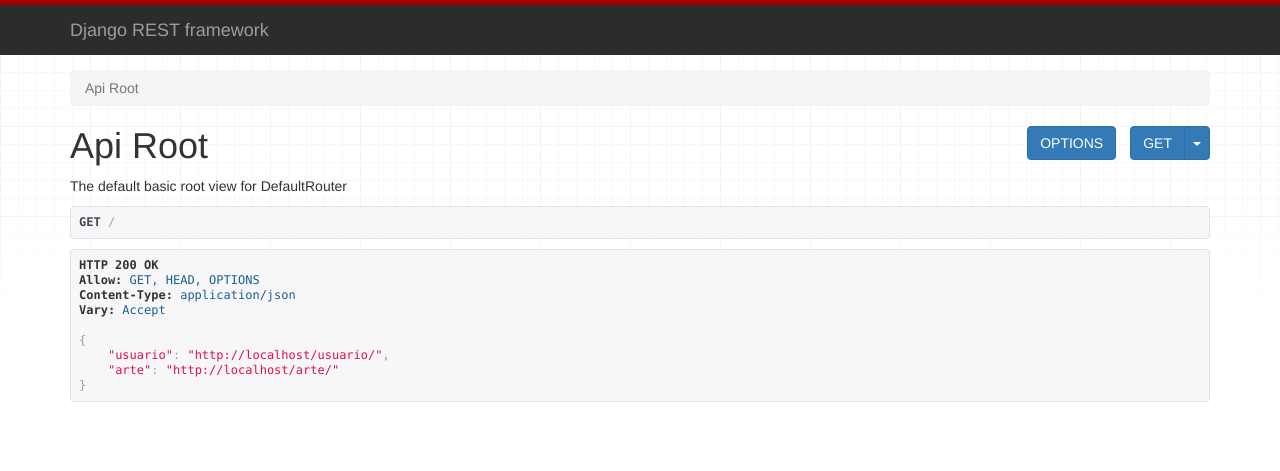
Repository: Eduloco420/django
Page: http://localhost/
The author's editor kept a copy of each file at every save. The page is drawn from the files as they stood at one save, then again after a run of saves.
The browser window is 1280 px wide. The pictures show the whole page.
The page is served by the project's application, run on Django 5.2 (manage.py). Other server files are loaded and not shown.

Above is the page before, as saved 2024-07-16 15:00:41.

### project/urls.py
"""
URL configuration for project project.

The `urlpatterns` list routes URLs to views. For more information please see:
    https://docs.djangoproject.com/en/5.0/topics/http/urls/
Examples:
Function views
    1. Add an import:  from my_app import views
    2. Add a URL to urlpatterns:  path('', views.home, name='home')
Class-based views
    1. Add an import:  from other_app.views import Home
    2. Add a URL to urlpatterns:  path('', Home.as_view(), name='home')
Including another URLconf
    1. Import the include() function: from django.urls import include, path
    2. Add a URL to urlpatterns:  path('blog/', include('blog.urls'))
"""
from django.contrib import admin
from django.urls import path, include, re_path
from app import views

urlpatterns = [
    path('admin/', admin.site.urls),
    re_path('login', views.login),
    re_path('register', views.register),
    re_path('profile', views.profile),
    re_path('post_arte', views.post_arte),
    path('get_arte/<int:artista_id>/', views.get_arte),
    path('delete_arte/<int:arte_id>/', views.delete_arte),
    path('update_arte/<int:arte_id>/', views.update_arte),
    path('', include('app.urls'))
]

### app/urls.py
from rest_framework import routers
from .api import *

router = routers.DefaultRouter()

router.register('usuario', usuarioViewSet, 'usuario')
router.register('arte', arteViewSet, 'arte')

urlpatterns = router.urls

After the next 2 saves:
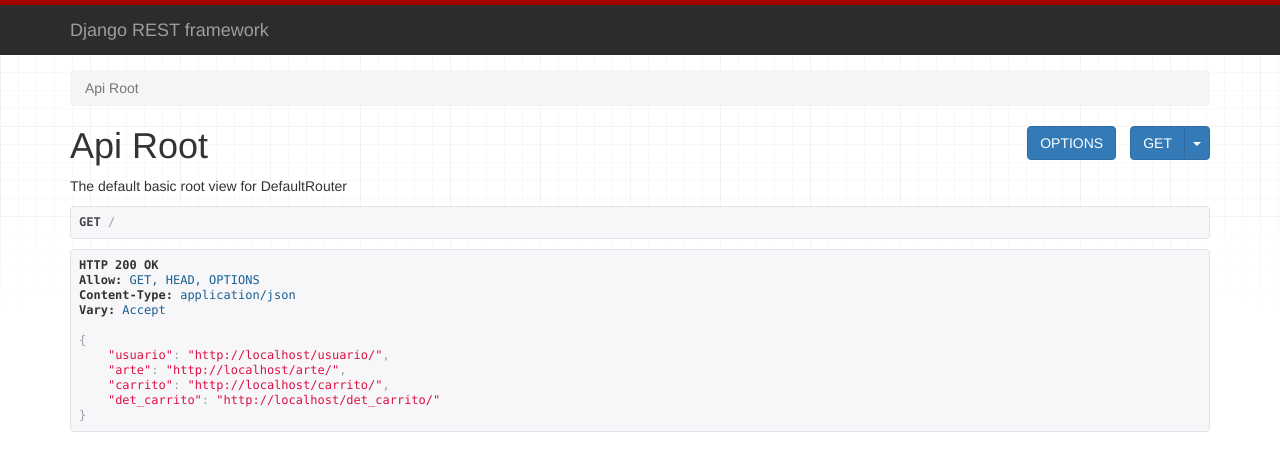
The 2 saves are shown as one change because 1 did not build or start.
The last was saved 2 min 56 s later.
--- a/app/urls.py
+++ b/app/urls.py
@@ -5,5 +5,7 @@ router = routers.DefaultRouter()
 
 router.register('usuario', usuarioViewSet, 'usuario')
 router.register('arte', arteViewSet, 'arte')
+router.register('carrito', carritoViewSet, 'carrito')
+router.register('det_carrito', detCarritoViewSet, 'det_carrito')
 
 urlpatterns = router.urls
